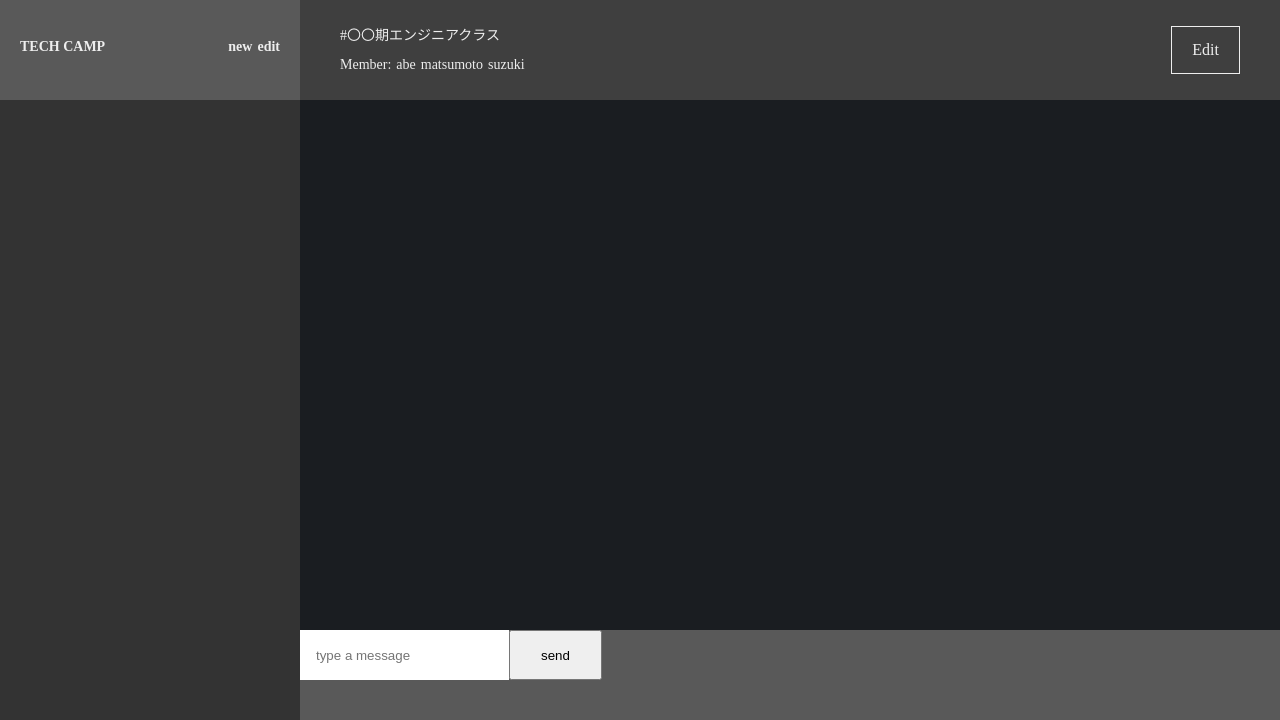
Repository: m-mao/firsa_app
Page: html_css/chat-app/index.html
The author's editor kept a record of every edit. The page is drawn from the files as they stood at one moment, then again after the next edit.
The browser window is 1280 px wide. The pictures show the whole page.

Above is the page before.

After the next edit:
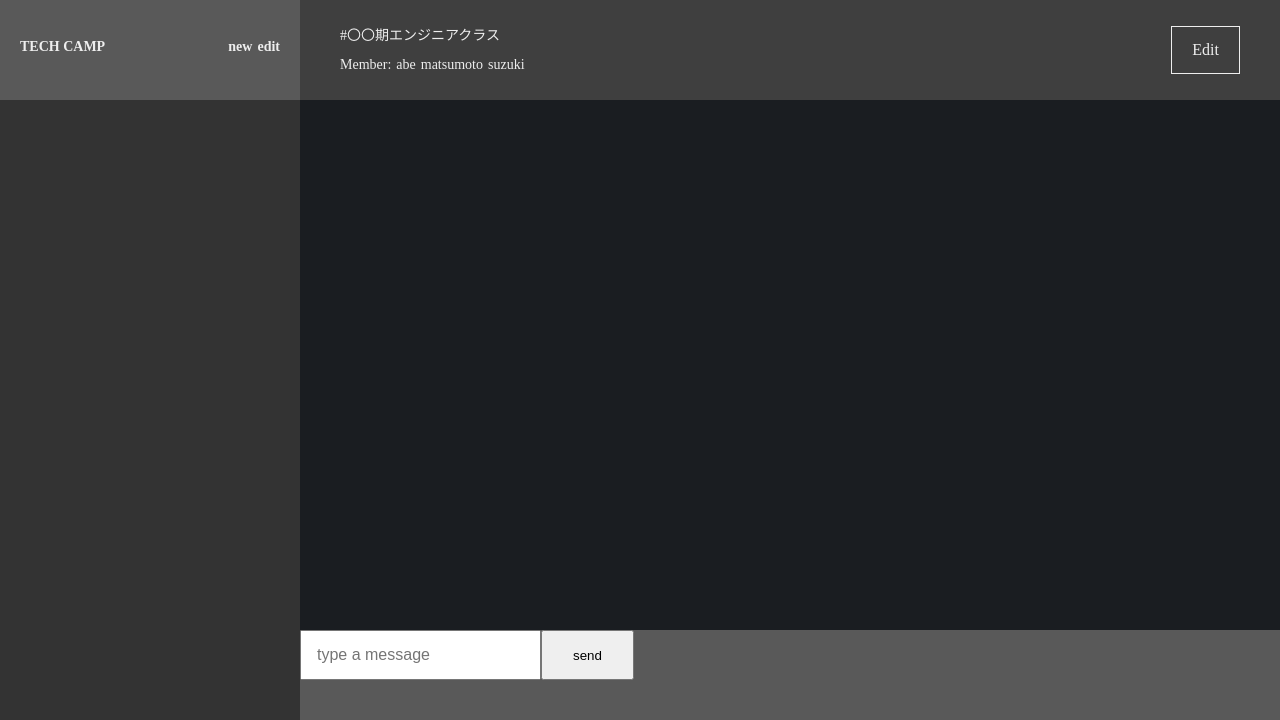
The edit:
--- a/html_css/chat-app/style.css
+++ b/html_css/chat-app/style.css
@@ -104,7 +104,8 @@
 .input-text {
  height: 50px;
  padding: 0 15px;
- border: 1px solid white;
+ color: #434a54;
+ font-size: 16px;
  display: block;
 }
 
